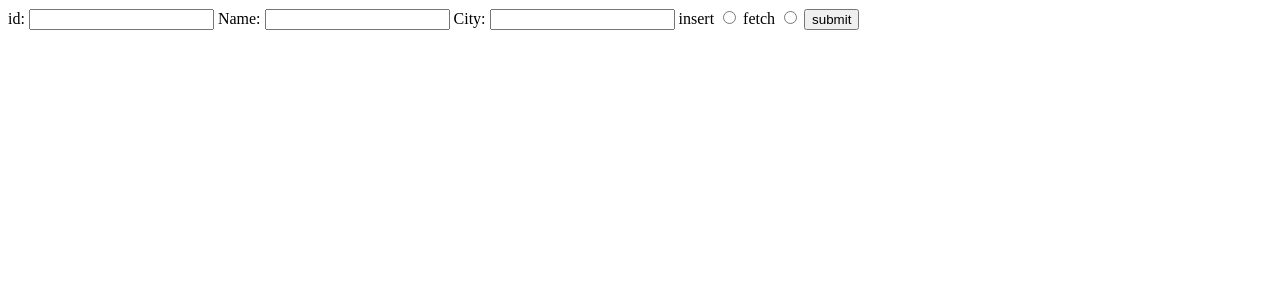
Repository: vish971-rx/Repo796
Page: http://localhost/FirstProject/
The author's editor kept a copy of each file at every save. The page is drawn from the files as they stood at one save, then again after the next save.
The browser window is 1280 px wide. The pictures show the whole page.
The page is served by Tomcat 9. Other server files are loaded and not shown.

Above is the page before, as saved 2019-11-06 13:44:49.

### Hibernate/FirstProject/src/main/webapp/index.jsp
<html>
<body>

<!--
<form method="post"  action="CustomerServlet">

Name: <input type="text" name="name">
City: <input type="text" name="cname">

<input type="submit" value="submit">
</form>

<form method="post" action="CustomerServlet">
Entyer CUSid: <input type="text" name="uid" >
<input type="submit" value="submit">
</form>

-->
<script>
function abc()
{
	var a = document.getElementById("two").values;
	if(a=="fetch")
	{
		document.getElementById("text1").hidden=true;
		document.getElementById("text2").hidden=true;
	}
}

function abc1()
{
	var a = document.getElementById("one").values;
	if(a=="insert")
	{
		document.getElementById("text3").hidden=true;
	}
}
</script>
<form method="post"  action="CustomerServlet">
id: <input type="text" name="uid" id="text3">
Name: <input type="text" name="name" id="text1" >
City: <input type="text" name="cname" id="text2">
insert   <input type="radio" name="c1" value="insert" id="one" onclick="abc1()">
fetch    <input type="radio" name="c1" value="fetch" id="two" onclick="abc()">


<input type="submit" value="submit" >
</form>

</body>
</html>

After the next save:
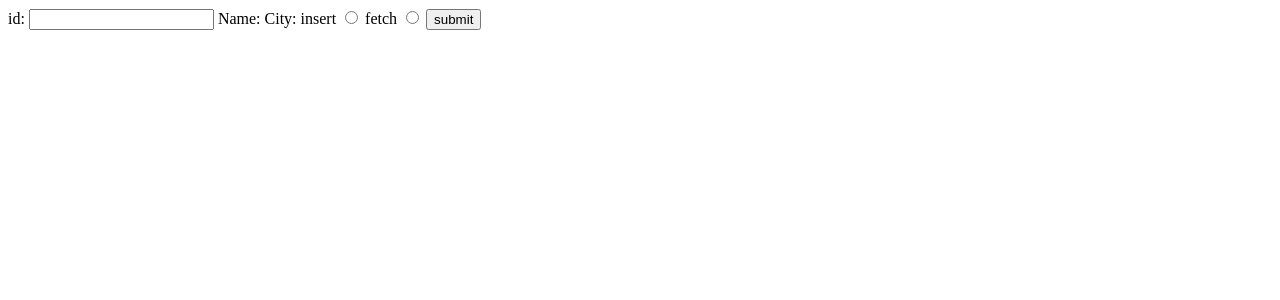
Saved 2 min 18 s later.
--- a/Hibernate/FirstProject/src/main/webapp/index.jsp
+++ b/Hibernate/FirstProject/src/main/webapp/index.jsp
@@ -19,11 +19,11 @@ Entyer CUSid: <input type="text" name="uid" >
 <script>
 function abc()
 {
-	var a = document.getElementById("two").values;
-	if(a=="fetch")
+
+	if(document.getElementById("two"))
 	{
-		document.getElementById("text1").hidden=true;
-		document.getElementById("text2").hidden=true;
+		document.getElementById("text1").style.display="block";
+		document.getElementById("text2").style.display="block";
 	}
 }
 
@@ -38,8 +38,8 @@ function abc1()
 </script>
 <form method="post"  action="CustomerServlet">
 id: <input type="text" name="uid" id="text3">
-Name: <input type="text" name="name" id="text1" >
-City: <input type="text" name="cname" id="text2">
+Name: <input type="text" name="name" id="text1" style="display:none;">
+City: <input type="text" name="cname" id="text2" style="display:none;">
 insert   <input type="radio" name="c1" value="insert" id="one" onclick="abc1()">
 fetch    <input type="radio" name="c1" value="fetch" id="two" onclick="abc()">
 
